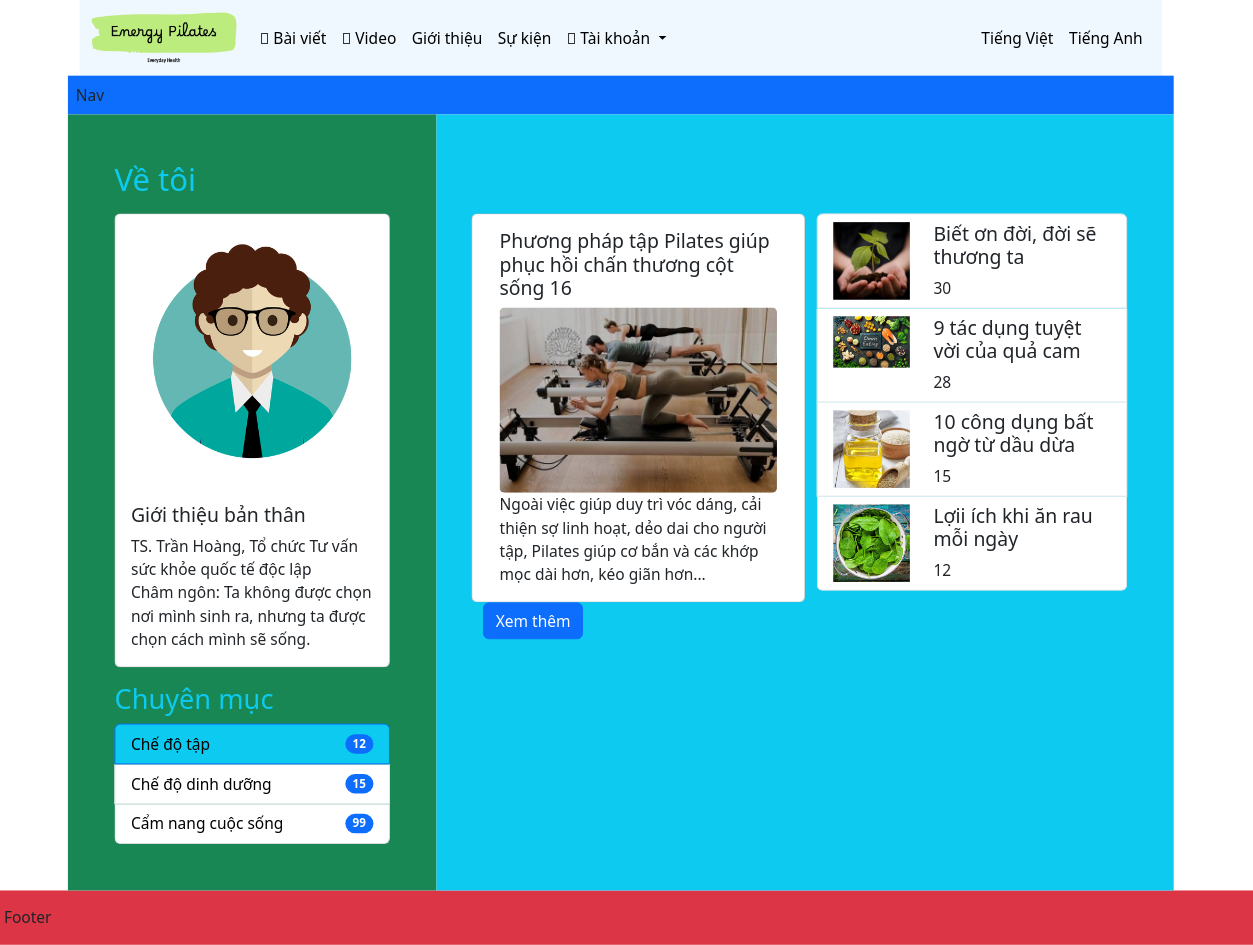
Repository: KizukoHeiwa/SOF308
Page: Lab1/index.html
An editor plug-in stored every save of this project. The page is shown before and after a run of saves, followed by the edit.
The browser window is 1280 px wide. The page is 1292 px wide, so the pictures cover 1292 px, including what lies to the right of the window. The pictures show the whole page, at 97% of full size.

Above is the page before, as saved 2024-10-31 10:41:54.

### Lab1/index.html
<!DOCTYPE html>
<html lang="en">
<head>
    <meta charset="UTF-8">
    <meta name="viewport" content="width=device-width, initial-scale=1.0">
    <title>FPT Polytechnic</title>
    <link href="https://cdn.jsdelivr.net/npm/bootstrap@5.3.3/dist/css/bootstrap.min.css" rel="stylesheet" integrity="sha384-QWTKZyjpPEjISv5WaRU9OFeRpok6YctnYmDr5pNlyT2bRjXh0JMhjY6hW+ALEwIH" crossorigin="anonymous">
    <script src="https://cdn.jsdelivr.net/npm/bootstrap@5.3.3/dist/js/bootstrap.bundle.min.js" integrity="sha384-YvpcrYf0tY3lHB60NNkmXc5s9fDVZLESaAA55NDzOxhy9GkcIdslK1eN7N6jIeHz" crossorigin="anonymous"></script>
    <link rel="stylesheet" href="https://cdnjs.cloudflare.com/ajax/libs/font-awesome/4.7.0/css/font-awesome.min.css">
    <style>
        header{
            background-color: aliceblue;
            /* box-shadow: 1px 1px 2px 1px lightgray; */
        }
        .nav-link{
            color: black;
        }
        .nav-link:hover{
            color: green;
        }
        .navbar-nav .nav-link.active, .navbar-nav .nav-link.show {
            color: green;
        }
        .button-wrapper{
            display: flex;
            justify-content: center;
            align-items: center;
        }
    </style>

</head>
<body>
    <div class="container">
        <header>
            <nav class="navbar navbar-expand-sm">
                <div class="container">
                    <a class="navbar-brand" href="#">
                        <img src="img/logo-energy-pilates.png" alt="" style="width: 150px;">
                    </a>
                    <div class="collapse navbar-collapse" id="collapsibleNavbar">
                        <ul class="navbar-nav me-auto">
                            <li class="nav-item">
                                <a class="nav-link" href="#"><i class="fa-solid fa-list"></i> Bài viết</a>
                            </li>
                            <li class="nav-item">
                                <a class="nav-link" href="#"><i class="fa-solid fa-film"></i> Video</a>
                            </li>
                            <li class="nav-item">
                                <a class="nav-link" href="#"><i class="fa-solid fa-circle-info"></i> Giới thiệu</a>
                            </li>
                            <li class="nav-item">
                                <a class="nav-link" href="#"><i class="fa-solid fa-calendar-days"></i> Sự kiện</a>
                            </li>
                            <li class="nav-item dropdown">
                                <a class="nav-link dropdown-toggle" href="#" role="button" data-bs-toggle="dropdown">
                                    <i class="fa-solid fa-user"></i> Tài khoản
                                </a>
                                <ul class="dropdown-menu">
                                    <li><a class="dropdown-item" href="#">Đăng nhập</a></li>
                                    <li><a class="dropdown-item" href="#">Quên mật khẩu</a></li>
                                    <li><a class="dropdown-item" href="#">Đăng ký thành viên</a></li>
                                </ul>
                            </li>
                        </ul>
                        <ul class="navbar-nav d-flex">
                            <li class="nav-item">
                                <a class="nav-link">Tiếng Việt</a>
                            </li>
                            <li class="nav-item">
                                <a class="nav-link">Tiếng Anh</a>
                            </li>
                        </ul>
                    </div>
                </div>
            </nav>
        </header>
        <nav class="row bg-primary p-2">Nav</nav>
        <section class="row">
            <aside class="col-sm-4 bg-success p-5">
                <div class="col-sm">
                    <h2 class="text-info mb-3">Về tôi</h2>
                    <div class="card mb-3">
                        <img src="img/avatar.png" class="card-img-top" alt="">
                        <div class="card-body">
                            <h5 class="card-title">Giới thiệu bản thân</h5>
                            <p class="card-text">TS. Trần Hoàng, Tổ chức Tư vấn sức khỏe quốc tế độc lập <br>
                                Châm ngôn: Ta không được chọn nơi mình sinh ra, nhưng ta được chọn cách mình sẽ sống.
                            </p>
                        </div>
                    </div>

                    <h3 class="text-info mt-2">Chuyên mục</h3>
                    <ul class="list-group">
                        <li class="list-group-item active bg-info d-flex justify-content-between align-items-center">
                            <a class="nav-link" href="#">Chế độ tập</a>
                            <span class="badge bg-primary rounded-pill">12</span>
                        </li>
                        <li class="list-group-item d-flex justify-content-between align-items-center">
                            <a class="nav-link" href="#">Chế độ dinh dưỡng</a>
                            <span class="badge bg-primary rounded-pill">15</span>
                        </li>
                        <li class="list-group-item d-flex justify-content-between align-items-center">
                            <a class="nav-link" href="#">Cẩm nang cuộc sống</a>
                            <span class="badge bg-primary rounded-pill">99</span>
                        </li>
                    </ul>
                    <!-- end Chuyên mục -->
                </div>
            </aside>
            <article class="col-sm-8 bg-info p-5">
                <div class="row">
                        <h2 class="text-info mb-3">Blog của tôi</h2>
                        <div class="card col-sm-6">
                            <div class="card-body">
                                <h5 class="card-title">Phương pháp tập Pilates giúp phục hồi chấn thương cột sống <i class="fa-solid fa-message"></i> 16</h5>
                                <img src="img/tap-piltes.jpg" alt="" class="card-img">
                                <p class="card-text">Ngoài việc giúp duy trì vóc dáng, cải thiện sợ linh hoạt, dẻo dai cho người tập, Pilates giúp cơ bắn và các khớp mọc dài hơn, kéo giãn hơn...</p>
                            </div>
                        </div>
                        <div class="col-sm-6">
                            <ul class="list-group">
                                <li class="list-group-item d-flex justify-content-between align-items-start">
                                    <div class="row">
                                        <div class="col-4">
                                            <img src="img/corevalue.jpg" alt="" class="card-img">
                                        </div>
                                        <div class="col-8">
                                            <h5>Biết ơn đời, đời sẽ thương ta</h5>
                                            <span>30</span>
                                        </div>
                                    </div>
                                </li>
                                <li class="list-group-item d-flex justify-content-between align-items-start">
                                    <div class="row">
                                        <div class="col-4">
                                            <img src="img/eat-clean.png" alt="" class="card-img">
                                        </div>
                                        <div class="col-8">
                                            <h5>9 tác dụng tuyệt vời của quả cam</h5>
                                            <span>28</span>
                                        </div>
                                    </div>
                                </li>
                                <li class="list-group-item d-flex justify-content-between align-items-start">
                                    <div class="row">
                                        <div class="col-4">
                                            <img src="img/sesameoil_300x300.jpg" alt="" class="card-img">
                                        </div>
                                        <div class="col-8">
                                            <h5>10 công dụng bất ngờ từ dầu dừa</h5>
                                            <span>15</span>
                                        </div>
                                    </div>
                                </li>
                                <li class="list-group-item d-flex justify-content-between align-items-start">
                                    <div class="row">
                                        <div class="col-4">
                                            <img src="img/spinach_300x300.jpg" alt="" class="card-img">
                                        </div>
                                        <div class="col-8">
                                            <h5>Lợii ích khi ăn rau mỗi ngày</h5>
                                            <span>12</span>
                                        </div>
                                    </div>
                                </li>
                            </ul>
                        </div>
                    </div>
                    <button type="button" class="btn btn-primary">Xem thêm</button>
                </div>
            </article>
        </section>
        <div class="button-wrapper">

        </div>
        <footer class="row bg-danger p-3">Footer</footer>
    </div>
</body>
</html>

After the next 2 saves:
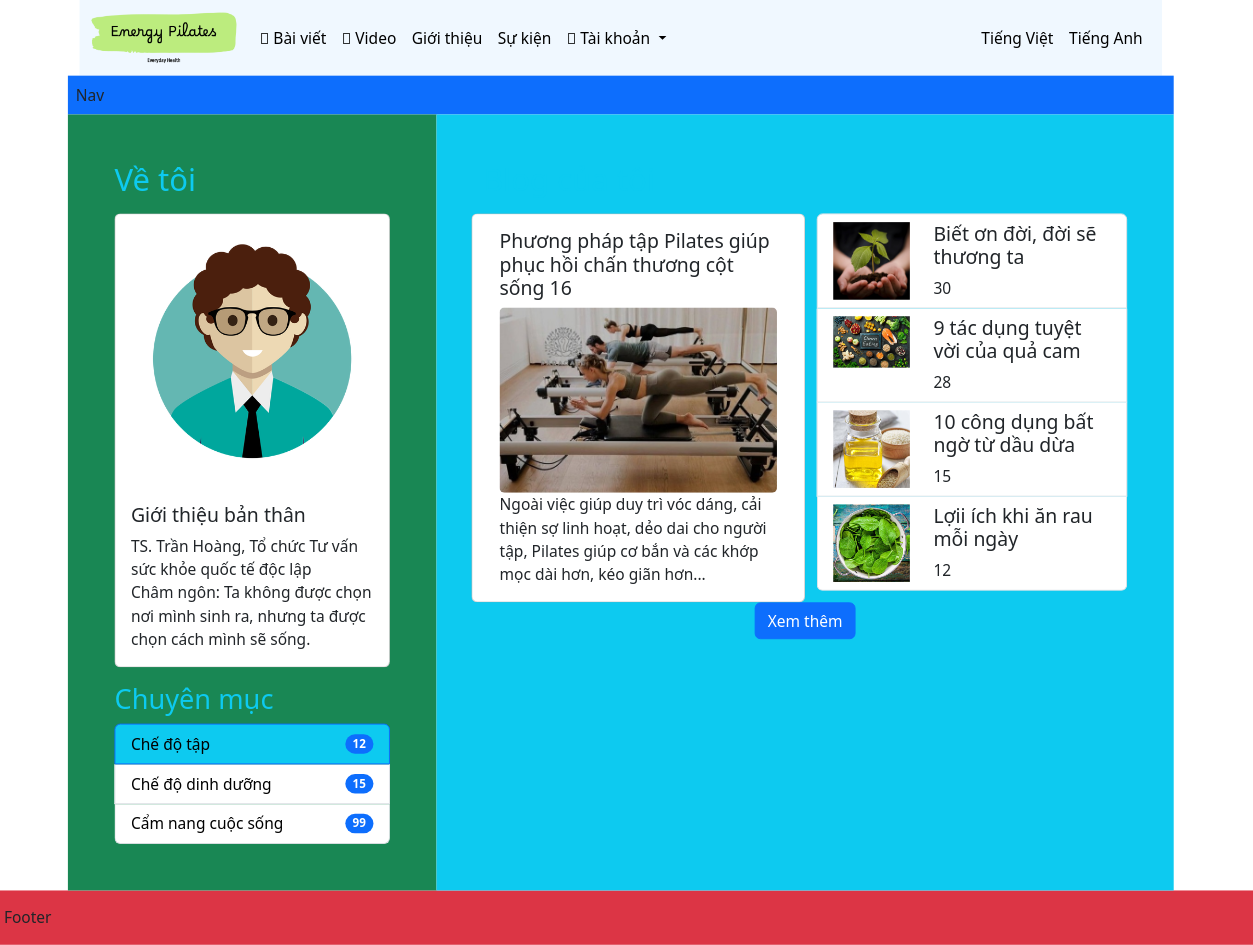
The 2 saves are shown as one change because they came seconds apart.
The last was saved 11 s later.
--- a/Lab1/index.html
+++ b/Lab1/index.html
@@ -166,13 +166,12 @@
                             </ul>
                         </div>
                     </div>
-                    <button type="button" class="btn btn-primary">Xem thêm</button>
+                    <div class="button-wrapper">
+                        <button type="button" class="btn btn-primary">Xem thêm</button>
+                    </div>
                 </div>
             </article>
         </section>
-        <div class="button-wrapper">
-
-        </div>
         <footer class="row bg-danger p-3">Footer</footer>
     </div>
 </body>
